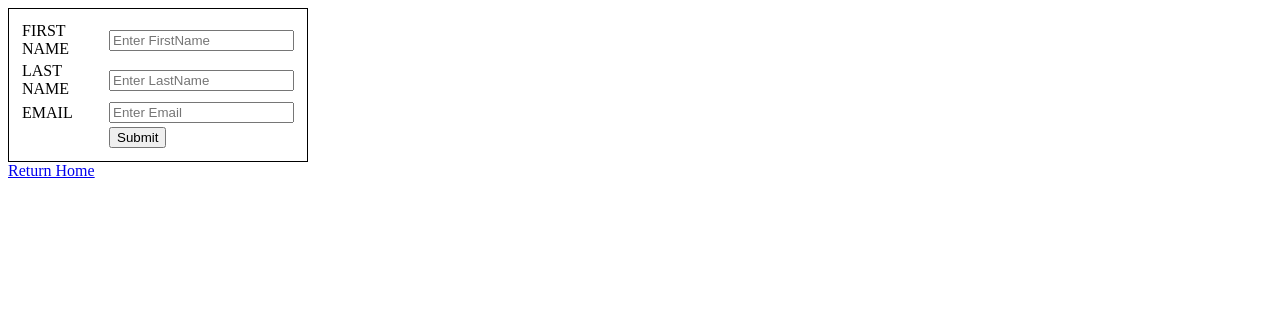
Repository: Catalyst-OTU/Java_Works
Page: http://localhost/Student-MVC/addStudent-form.jsp
The author's editor kept a copy of each file at every save. The page is drawn from the files as they stood at one save, then again after the next save.
The browser window is 1280 px wide. The pictures show the whole page.
The page is served by Tomcat 9.

Above is the page before, as saved 2021-02-02 17:48:32.

After the next save:
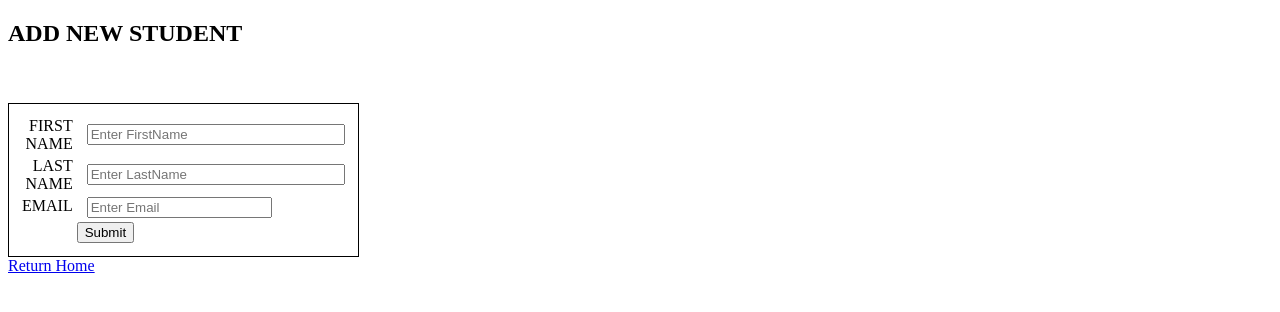
Saved 9 min 34 s later.
--- a/Student-MVC/WebContent/addStudent-form.jsp
+++ b/Student-MVC/WebContent/addStudent-form.jsp
@@ -9,13 +9,23 @@
 		border: 1px solid black;
 		width: 300px
 	}
-
+input[type=text]{
+width: 250px;
+}
+.label{
+	text-align:right;
+	vertical-align:top;
+}
+.control-form{
+	margin-left: 10px;
+}
 </style>
 
 <meta charset="ISO-8859-1">
 <title>Add New Student</title>
 </head>
 <body>
+<h2>ADD NEW STUDENT</h2> <br/> <br/>
 
 <form action="home" method="post">
 
@@ -25,18 +35,18 @@
 
 <tbody>
 	<tr>
-		<td> <label> FIRST NAME </label> </td>
-		<td> <input type="text" name="firstName" placeholder="Enter FirstName" required/> </td>
+		<td class="label"> <label> FIRST NAME </label> </td>
+		<td> <input class="control-form" type="text" name="firstName" placeholder="Enter FirstName" required/> </td>
 	</tr>
 
 	<tr>
-		<td> <label> LAST NAME </label> </td>
-		<td> <input type="text" name="lastName" placeholder="Enter LastName" required/> </td>
+		<td class="label"> <label> LAST NAME </label> </td>
+		<td> <input class="control-form" type="text" name="lastName" placeholder="Enter LastName" required/> </td>
 	</tr>
 
 	<tr>
-		<td> <label> EMAIL </label> </td>
-		<td> <input type="email" name="email" placeholder="Enter Email" required/> </td>
+		<td class="label"> <label> EMAIL </label> </td>
+		<td> <input class="control-form" type="email" name="email" placeholder="Enter Email" required/> </td>
 	</tr>
 
 	<tr>
